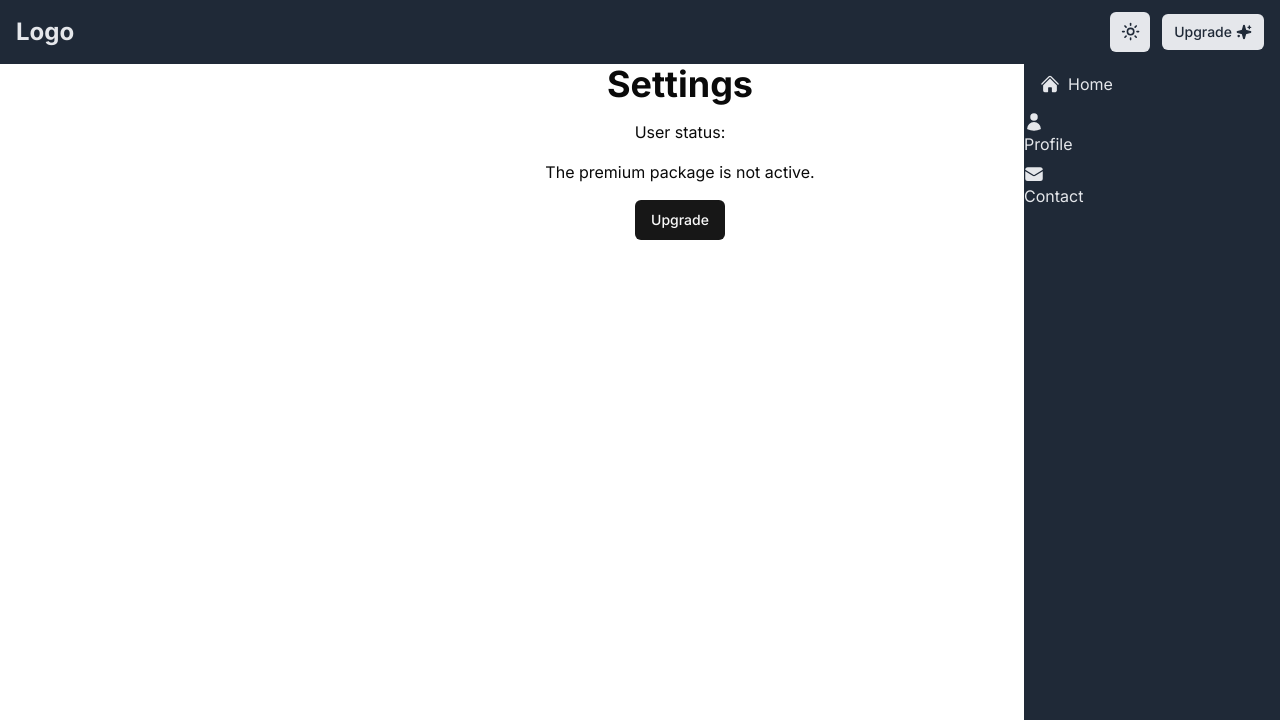
Repository: michalmilek/AI-companion-bot
Page: /settings
The author's editor kept a copy of each file at every save. The page is drawn from the files as they stood at one save, then again after the next save.
The browser window is 1280 px wide. The pictures show the whole page.
The page's requests for data from a server got no answer. The project was rebuilt for these pictures with package versions that can differ from the ones it lists, and the page was loaded fresh each time. Some packages were replaced by stand-ins written for this rebuild. The framework's server and built-in components were replaced by stand-ins that run in the browser. No one was signed in, and anything a server would have sent is missing. Also part of the build but not shown: next.config.js. Imported but missing from the stored project, and not drawn on this page: lib/prismadb.

Above is the page before, as saved 2023-10-10 15:37:47.

### app/layout.tsx
import { ClerkProvider } from "@clerk/nextjs";
import "./globals.css";
import type { Metadata } from "next";
import { Inter } from "next/font/google";
import { ThemeProvider } from "@/components/theme-provider";

const inter = Inter({ subsets: ["latin"] });

export const metadata: Metadata = {
  title: "Create Next App",
  description: "Generated by create next app",
};

export default function RootLayout({
  children,
}: {
  children: React.ReactNode;
}) {
  return (
    <ClerkProvider>
      <html lang="en">
        <body className={inter.className}>
          <ThemeProvider
            attribute="class"
            defaultTheme="light"
            enableSystem
            disableTransitionOnChange>
            {children}
          </ThemeProvider>
        </body>
      </html>
    </ClerkProvider>
  );
}

### app/(root)/layout.tsx
import MobileSidebar from "@/components/MobileSidebar";
import Navbar from "@/components/Navbar";
import React from "react";

const RootLayout = ({ children }: { children: React.ReactNode }) => {
  return (
    <div className="h-screen">
      <Navbar />
      <MobileSidebar />
      <main className="md:pl-20 pt-16 h-full">{children}</main>
    </div>
  );
};

export default RootLayout;

### app/(root)/(routes)/settings/page.tsx
import { checkSubscription } from "@/lib/subscription";
import React from "react";
import SubscriptionPanel from "./companion/SubscriptionPanel";

const page = async () => {
  const isPro = await checkSubscription();
  return (
    <div>
      <SubscriptionPanel isPro={isPro} />
    </div>
  );
};

export default page;

### app/globals.css
@tailwind base;
@tailwind components;
@tailwind utilities;

@layer base {
  :root {
    --background: 0 0% 100%;
    --foreground: 0 0% 3.9%;

    --card: 0 0% 100%;
    --card-foreground: 0 0% 3.9%;

    --popover: 0 0% 100%;
    --popover-foreground: 0 0% 3.9%;

    --primary: 0 0% 9%;
    --primary-foreground: 0 0% 98%;

    --secondary: 0 0% 96.1%;
    --secondary-foreground: 0 0% 9%;

    --muted: 0 0% 96.1%;
    --muted-foreground: 0 0% 45.1%;

    --accent: 0 0% 96.1%;
    --accent-foreground: 0 0% 9%;

    --destructive: 0 84.2% 60.2%;
    --destructive-foreground: 0 0% 98%;

    --border: 0 0% 89.8%;
    --input: 0 0% 89.8%;
    --ring: 0 0% 3.9%;

    --radius: 0.5rem;
  }

  .dark {
    --background: 0 0% 3.9%;
    --foreground: 0 0% 98%;

    --card: 0 0% 3.9%;
    --card-foreground: 0 0% 98%;

    --popover: 0 0% 3.9%;
    --popover-foreground: 0 0% 98%;

    --primary: 0 0% 98%;
    --primary-foreground: 0 0% 9%;

    --secondary: 0 0% 14.9%;
    --secondary-foreground: 0 0% 98%;

    --muted: 0 0% 14.9%;
    --muted-foreground: 0 0% 63.9%;

    --accent: 0 0% 14.9%;
    --accent-foreground: 0 0% 98%;

    --destructive: 0 62.8% 30.6%;
    --destructive-foreground: 0 0% 98%;

    --border: 0 0% 14.9%;
    --input: 0 0% 14.9%;
    --ring: 0 0% 83.1%;
  }
}

@layer base {
  * {
    @apply border-border;
  }
  body {
    @apply bg-background text-foreground;
  }
}

*{
  box-sizing: border-box;
  padding: 0;
  margin: 0;
}

### components/MobileSidebar.tsx
"use client";

import React, { useState } from "react";
import { AnimatePresence, motion } from "framer-motion";
import { useTheme } from "next-themes";
import clsx from "clsx";
import { Theme, getThemeBackground } from "@/app/utils/helpers";
import { Button } from "./ui/button";
import {
  XMarkIcon,
  HomeIcon,
  UserIcon,
  EnvelopeIcon,
} from "@heroicons/react/24/solid";
import Link from "next/link";

const MobileSidebar = () => {
  const { theme } = useTheme();
  console.log("🚀 ~ theme:", theme);
  const [isOpen, setIsOpen] = useState(false);

  const toggleMenu = () => {
    setIsOpen(!isOpen);
  };

  return (
    <motion.aside
      key={"mobileSidebar"}
      className={`h-full w-64 fixed bottom-0 top-16 right-0 ${getThemeBackground(
        theme as Theme
      )}`}
      initial={{ x: "100%" }}
      animate={{ x: 0 }}
      transition={{ type: "tween", duration: 0.3 }}>
      <ul className="flex flex-col gap-2">
        <li>
          <Link
            className="flex items-center gap-2 py-2 px-4 hover:bg-gray-700"
            href="/">
            <HomeIcon className="h-5 w-5" />
            <span>Home</span>
          </Link>
        </li>
        <li>
          <Link href="/profile">
            <UserIcon className="h-5 w-5" />
            <span>Profile</span>
          </Link>
        </li>
        <li>
          <Link href="/contact">
            <EnvelopeIcon className="h-5 w-5" />
            <span>Contact</span>
          </Link>
        </li>
      </ul>
    </motion.aside>
  );
};
export default MobileSidebar;

### components/Navbar.tsx
"use client";

import React, { useEffect, useState } from "react";
import { UserButton } from "@clerk/nextjs";
import { Button } from "./ui/button";
import { Sparkles } from "lucide-react";
import { ThemeToggle } from "./theme-toggle";
import { useTheme } from "next-themes";
import clsx from "clsx";
import { Theme, getThemeBackground, getThemeColor } from "@/app/utils/helpers";

const Navbar = () => {
  const { theme } = useTheme();

  return (
    <nav
      className={`${getThemeBackground(
        theme as Theme
      )} h-16 flex justify-between items-center px-4 fixed top-0 left-0 right-0 z-50`}>
      <a
        href="#"
        className="text-2xl font-bold">
        Logo
      </a>
      <div className="flex items-center gap-3">
        <ThemeToggle />
        <Button
          size="sm"
          variant={getThemeColor(theme as Theme)}>
          Upgrade
          <Sparkles className="text-gray-800 fill-gray-800 h-4 w-4" />
        </Button>

        <UserButton />
      </div>
    </nav>
  );
};

export default Navbar;

### lib/subscription.ts
import { auth } from "@clerk/nextjs";

import prismadb from "@/lib/prismadb";

const DAY_IN_MS = 86_400_000;

export const checkSubscription = async () => {
  const { userId } = auth();

  if (!userId) {
    return false;
  }

  const userSubscription = await prismadb.userSubscription.findUnique({
    where: {
      userId,
    },
    select: {
      stripeCurrentPeriodEnd: true,
      stripeCustomerId: true,
      stripePriceId: true,
      stripeSubscriptionId: true,
    },
  });

  if (!userSubscription) {
    return false;
  }

  const isValid =
    userSubscription.stripePriceId &&
    userSubscription.stripeCurrentPeriodEnd?.getTime()! + DAY_IN_MS >
      Date.now();

  return !!isValid;
};

### app/(root)/(routes)/settings/companion/SubscriptionPanel.tsx
"use client";

import { Button } from "@/components/ui/button";
import axios from "axios";
import React from "react";

const SubscriptionPanel = ({ isPro }: { isPro: boolean }) => {
  const onSubscribe = async () => {
    try {
      const response = await axios.get("/api/stripe");

      window.location.href = response.data.url;
    } catch (error) {
      console.log("onSubscribe error", error);
    }
  };

  return (
    <div className="flex flex-col gap-4 items-center justify-center">
      <h1 className="text-4xl font-bold">Settings</h1>
      <h2>User status:</h2>
      <p>
        {isPro
          ? "The premium package is active."
          : "The premium package is not active."}
      </p>
      <Button onClick={onSubscribe}>
        {isPro ? "Edit your subscription" : "Upgrade"}
      </Button>
    </div>
  );
};

export default SubscriptionPanel;

### app/utils/helpers.ts
import clsx from "clsx";

export type Theme = "dark" | "system" | "light";

export function getThemeColor(theme: Theme) {
  if (theme === "dark" || theme === "system") {
    return "dark";
  } else {
    return "gray";
  }
}

export const getThemeBackground = (theme: Theme) => {
  return clsx(
    (theme === "dark" || theme === "system") && "bg-gray-200 text-gray-800",
    theme === "light" && "bg-gray-800 text-gray-200"
  );
};

### components/ui/button.tsx
import * as React from "react";
import { Slot } from "@radix-ui/react-slot";
import { cva, type VariantProps } from "class-variance-authority";

import { cn } from "@/lib/utils";

const buttonVariants = cva(
  "inline-flex items-center justify-center rounded-md text-sm font-medium ring-offset-background transition-colors focus-visible:outline-none focus-visible:ring-2 focus-visible:ring-ring focus-visible:ring-offset-2 disabled:pointer-events-none disabled:opacity-50",
  {
    variants: {
      variant: {
        default: "bg-primary text-primary-foreground hover:bg-primary/90",
        destructive:
          "bg-destructive text-destructive-foreground hover:bg-destructive/90",
        outline:
          "border border-input bg-background hover:bg-accent hover:text-accent-foreground",
        secondary:
          "bg-secondary text-secondary-foreground hover:bg-secondary/80",
        ghost: "hover:bg-accent hover:text-accent-foreground",
        link: "text-primary underline-offset-4 hover:underline",
        gray: "bg-gray-200 text-gray-800 flex items-center gap-1 hover:bg-gray-300 transition-all",
        dark: "bg-gray-800 text-gray-200 flex items-center gap-1 hover:bg-gray-600 transition-all",
      },
      size: {
        default: "h-10 px-4 py-2",
        sm: "h-9 rounded-md px-3",
        lg: "h-11 rounded-md px-8",
        icon: "h-10 w-10",
      },
    },
    defaultVariants: {
      variant: "default",
      size: "default",
    },
  }
);

export interface ButtonProps
  extends React.ButtonHTMLAttributes<HTMLButtonElement>,
    VariantProps<typeof buttonVariants> {
  asChild?: boolean;
}

const Button = React.forwardRef<HTMLButtonElement, ButtonProps>(
  ({ className, variant, size, asChild = false, ...props }, ref) => {
    const Comp = asChild ? Slot : "button";
    return (
      <Comp
        className={cn(buttonVariants({ variant, size, className }))}
        ref={ref}
        {...props}
      />
    );
  }
);
Button.displayName = "Button";

export { Button, buttonVariants };

### components/theme-toggle.tsx
"use client";

import * as React from "react";
import { Moon, Sun } from "lucide-react";
import { useTheme } from "next-themes";

import { Button } from "@/components/ui/button";
import {
  DropdownMenu,
  DropdownMenuContent,
  DropdownMenuItem,
  DropdownMenuTrigger,
} from "@/components/ui/dropdown-menu";
import { Theme, getThemeColor } from "@/app/utils/helpers";

export function ThemeToggle() {
  const { theme, setTheme } = useTheme();

  return (
    <DropdownMenu>
      <DropdownMenuTrigger asChild>
        <Button
          variant={getThemeColor(theme as Theme)}
          size="icon">
          <Sun className="h-[1.2rem] w-[1.2rem] rotate-0 scale-100 transition-all dark:-rotate-90 dark:scale-0" />
          <Moon className="absolute h-[1.2rem] w-[1.2rem] rotate-90 scale-0 transition-all dark:rotate-0 dark:scale-100" />
          <span className="sr-only">Toggle theme</span>
        </Button>
      </DropdownMenuTrigger>
      <DropdownMenuContent align="end">
        <DropdownMenuItem onClick={() => setTheme("light")}>
          Light
        </DropdownMenuItem>
        <DropdownMenuItem onClick={() => setTheme("dark")}>
          Dark
        </DropdownMenuItem>
        <DropdownMenuItem onClick={() => setTheme("system")}>
          System
        </DropdownMenuItem>
      </DropdownMenuContent>
    </DropdownMenu>
  );
}

### components/ui/dropdown-menu.tsx
"use client"

import * as React from "react"
import * as DropdownMenuPrimitive from "@radix-ui/react-dropdown-menu"
import { Check, ChevronRight, Circle } from "lucide-react"

import { cn } from "@/lib/utils"

const DropdownMenu = DropdownMenuPrimitive.Root

const DropdownMenuTrigger = DropdownMenuPrimitive.Trigger

const DropdownMenuGroup = DropdownMenuPrimitive.Group

const DropdownMenuPortal = DropdownMenuPrimitive.Portal

const DropdownMenuSub = DropdownMenuPrimitive.Sub

const DropdownMenuRadioGroup = DropdownMenuPrimitive.RadioGroup

const DropdownMenuSubTrigger = React.forwardRef<
  React.ElementRef<typeof DropdownMenuPrimitive.SubTrigger>,
  React.ComponentPropsWithoutRef<typeof DropdownMenuPrimitive.SubTrigger> & {
    inset?: boolean
  }
>(({ className, inset, children, ...props }, ref) => (
  <DropdownMenuPrimitive.SubTrigger
    ref={ref}
    className={cn(
      "flex cursor-default select-none items-center rounded-sm px-2 py-1.5 text-sm outline-none focus:bg-accent data-[state=open]:bg-accent",
      inset && "pl-8",
      className
    )}
    {...props}
  >
    {children}
    <ChevronRight className="ml-auto h-4 w-4" />
  </DropdownMenuPrimitive.SubTrigger>
))
DropdownMenuSubTrigger.displayName =
  DropdownMenuPrimitive.SubTrigger.displayName

const DropdownMenuSubContent = React.forwardRef<
  React.ElementRef<typeof DropdownMenuPrimitive.SubContent>,
  React.ComponentPropsWithoutRef<typeof DropdownMenuPrimitive.SubContent>
>(({ className, ...props }, ref) => (
  <DropdownMenuPrimitive.SubContent
    ref={ref}
    className={cn(
      "z-50 min-w-[8rem] overflow-hidden rounded-md border bg-popover p-1 text-popover-foreground shadow-lg data-[state=open]:animate-in data-[state=closed]:animate-out data-[state=closed]:fade-out-0 data-[state=open]:fade-in-0 data-[state=closed]:zoom-out-95 data-[state=open]:zoom-in-95 data-[side=bottom]:slide-in-from-top-2 data-[side=left]:slide-in-from-right-2 data-[side=right]:slide-in-from-left-2 data-[side=top]:slide-in-from-bottom-2",
      className
    )}
    {...props}
  />
))
DropdownMenuSubContent.displayName =
  DropdownMenuPrimitive.SubContent.displayName

const DropdownMenuContent = React.forwardRef<
  React.ElementRef<typeof DropdownMenuPrimitive.Content>,
  React.ComponentPropsWithoutRef<typeof DropdownMenuPrimitive.Content>
>(({ className, sideOffset = 4, ...props }, ref) => (
  <DropdownMenuPrimitive.Portal>
    <DropdownMenuPrimitive.Content
      ref={ref}
      sideOffset={sideOffset}
      className={cn(
        "z-50 min-w-[8rem] overflow-hidden rounded-md border bg-popover p-1 text-popover-foreground shadow-md data-[state=open]:animate-in data-[state=closed]:animate-out data-[state=closed]:fade-out-0 data-[state=open]:fade-in-0 data-[state=closed]:zoom-out-95 data-[state=open]:zoom-in-95 data-[side=bottom]:slide-in-from-top-2 data-[side=left]:slide-in-from-right-2 data-[side=right]:slide-in-from-left-2 data-[side=top]:slide-in-from-bottom-2",
        className
      )}
      {...props}
    />
  </DropdownMenuPrimitive.Portal>
))
DropdownMenuContent.displayName = DropdownMenuPrimitive.Content.displayName

const DropdownMenuItem = React.forwardRef<
  React.ElementRef<typeof DropdownMenuPrimitive.Item>,
  React.ComponentPropsWithoutRef<typeof DropdownMenuPrimitive.Item> & {
    inset?: boolean
  }
>(({ className, inset, ...props }, ref) => (
  <DropdownMenuPrimitive.Item
    ref={ref}
    className={cn(
      "relative flex cursor-default select-none items-center rounded-sm px-2 py-1.5 text-sm outline-none transition-colors focus:bg-accent focus:text-accent-foreground data-[disabled]:pointer-events-none data-[disabled]:opacity-50",
      inset && "pl-8",
      className
    )}
    {...props}
  />
))
DropdownMenuItem.displayName = DropdownMenuPrimitive.Item.displayName

const DropdownMenuCheckboxItem = React.forwardRef<
  React.ElementRef<typeof DropdownMenuPrimitive.CheckboxItem>,
  React.ComponentPropsWithoutRef<typeof DropdownMenuPrimitive.CheckboxItem>
>(({ className, children, checked, ...props }, ref) => (
  <DropdownMenuPrimitive.CheckboxItem
    ref={ref}
    className={cn(
      "relative flex cursor-default select-none items-center rounded-sm py-1.5 pl-8 pr-2 text-sm outline-none transition-colors focus:bg-accent focus:text-accent-foreground data-[disabled]:pointer-events-none data-[disabled]:opacity-50",
      className
    )}
    checked={checked}
    {...props}
  >
    <span className="absolute left-2 flex h-3.5 w-3.5 items-center justify-center">
      <DropdownMenuPrimitive.ItemIndicator>
        <Check className="h-4 w-4" />
      </DropdownMenuPrimitive.ItemIndicator>
    </span>
    {children}
  </DropdownMenuPrimitive.CheckboxItem>
))
DropdownMenuCheckboxItem.displayName =
  DropdownMenuPrimitive.CheckboxItem.displayName

const DropdownMenuRadioItem = React.forwardRef<
  React.ElementRef<typeof DropdownMenuPrimitive.RadioItem>,
  React.ComponentPropsWithoutRef<typeof DropdownMenuPrimitive.RadioItem>
>(({ className, children, ...props }, ref) => (
  <DropdownMenuPrimitive.RadioItem
    ref={ref}
    className={cn(
      "relative flex cursor-default select-none items-center rounded-sm py-1.5 pl-8 pr-2 text-sm outline-none transition-colors focus:bg-accent focus:text-accent-foreground data-[disabled]:pointer-events-none data-[disabled]:opacity-50",
      className
    )}
    {...props}
  >
    <span className="absolute left-2 flex h-3.5 w-3.5 items-center justify-center">
      <DropdownMenuPrimitive.ItemIndicator>
        <Circle className="h-2 w-2 fill-current" />
      </DropdownMenuPrimitive.ItemIndicator>
    </span>
    {children}
  </DropdownMenuPrimitive.RadioItem>
))
DropdownMenuRadioItem.displayName = DropdownMenuPrimitive.RadioItem.displayName

const DropdownMenuLabel = React.forwardRef<
  React.ElementRef<typeof DropdownMenuPrimitive.Label>,
  React.ComponentPropsWithoutRef<typeof DropdownMenuPrimitive.Label> & {
    inset?: boolean
  }
>(({ className, inset, ...props }, ref) => (
  <DropdownMenuPrimitive.Label
    ref={ref}
    className={cn(
      "px-2 py-1.5 text-sm font-semibold",
      inset && "pl-8",
      className
    )}
    {...props}
  />
))
DropdownMenuLabel.displayName = DropdownMenuPrimitive.Label.displayName

const DropdownMenuSeparator = React.forwardRef<
  React.ElementRef<typeof DropdownMenuPrimitive.Separator>,
  React.ComponentPropsWithoutRef<typeof DropdownMenuPrimitive.Separator>
>(({ className, ...props }, ref) => (
  <DropdownMenuPrimitive.Separator
    ref={ref}
    className={cn("-mx-1 my-1 h-px bg-muted", className)}
    {...props}
  />
))
DropdownMenuSeparator.displayName = DropdownMenuPrimitive.Separator.displayName

const DropdownMenuShortcut = ({
  className,
  ...props
}: React.HTMLAttributes<HTMLSpanElement>) => {
  return (
    <span
      className={cn("ml-auto text-xs tracking-widest opacity-60", className)}
      {...props}
    />
  )
}
DropdownMenuShortcut.displayName = "DropdownMenuShortcut"

export {
  DropdownMenu,
  DropdownMenuTrigger,
  DropdownMenuContent,
  DropdownMenuItem,
  DropdownMenuCheckboxItem,
  DropdownMenuRadioItem,
  DropdownMenuLabel,
  DropdownMenuSeparator,
  DropdownMenuShortcut,
  DropdownMenuGroup,
  DropdownMenuPortal,
  DropdownMenuSub,
  DropdownMenuSubContent,
  DropdownMenuSubTrigger,
  DropdownMenuRadioGroup,
}

Loaded but not shown: components/theme-provider.tsx (common file); lib/utils.ts (common file); tailwind.config.js (common file)

After the next save:
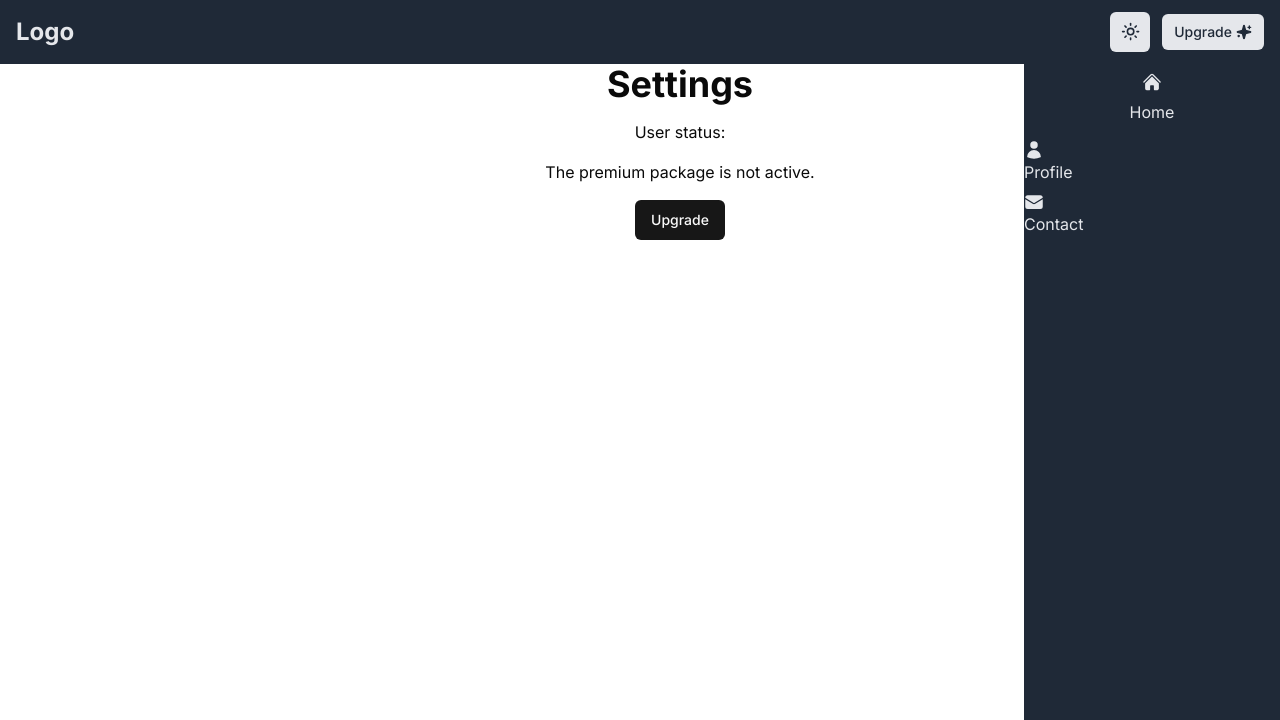
Saved 15 s later.
--- a/components/MobileSidebar.tsx
+++ b/components/MobileSidebar.tsx
@@ -35,7 +35,7 @@ const MobileSidebar = () => {
       <ul className="flex flex-col gap-2">
         <li>
           <Link
-            className="flex items-center gap-2 py-2 px-4 hover:bg-gray-700"
+            className="flex flex-col items-center gap-2 py-2 px-4 hover:bg-gray-700"
             href="/">
             <HomeIcon className="h-5 w-5" />
             <span>Home</span>
